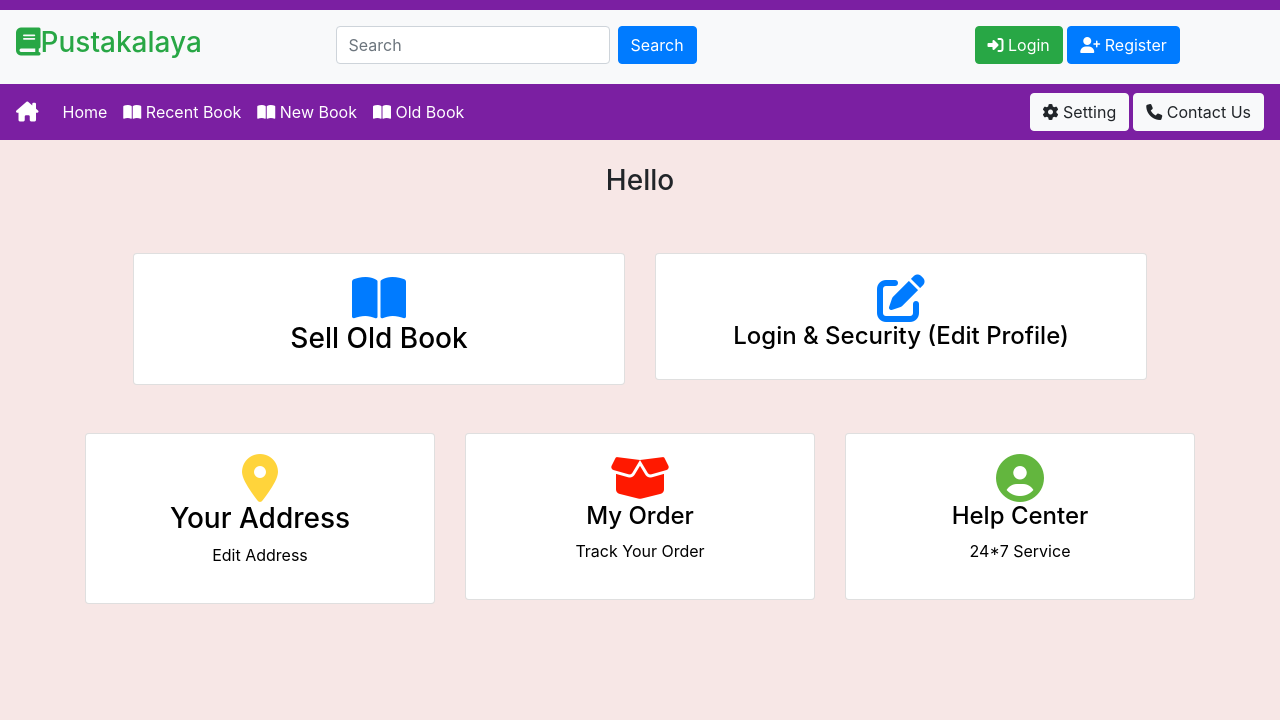
Repository: kalaprabhakar/Pustakalay_Web_Application
Page: http://localhost/E_Book_Management/setting.jsp
These files come from the project's save history. The page is drawn as it stood at one moment and after the next save; the edit follows.
The browser window is 1280 px wide. The pictures show the whole page.
Some web libraries are served in a nearby version. The page is served by Tomcat 10. Other server files are loaded and not shown.

Above is the page before, as saved 2024-02-28 14:00:52.

### E_Book_Management/src/main/webapp/setting.jsp
<%@ page language="java" contentType="text/html; charset=ISO-8859-1"
	pageEncoding="ISO-8859-1"%>
<!DOCTYPE html>
<html>
<head>
<meta charset="ISO-8859-1">
<title>Setting Page</title>
<%@ include file="all_component/allcss.jsp"%>

<style type="text/css">
a{

  text-decoration: none;
  color: black;

}

a:hover {
	text-decoration: none;
}

</style>
</head>
<body style="background-color: #f7e7e6">
	<%@ include file="all_component/navbar.jsp"%>
	<div class="container py-4 text-center">
		<h3>Hello ${userobj.name }</h3>
		<div class="row p-5">

			<div class="col-md-6">

				<a href="#">
					<div class="card">
						<div class="card-body text-center">
							<div class="text-primary"><i class="fa-solid fa-book-open fa-3x"></i></div>
							<h3>Sell Old Book</h3>
						</div>
					</div>

				</a>


			</div>

			<div class="col-md-6">

				<a href="#">
					<div class="card">
						<div class="card-body text-center">
							<div class="text-primary"><i class="fa-solid fa-pen-to-square fa-3x"></i></div>
							<h4>Login & Security (Edit Profile)</h4>
						</div>
					</div>

				</a>


			</div>

		</div>

		<div class="row">

			<div class="col-md-4">

				<a href="#">
					<div class="card">
						<div class="card-body text-center">
							<div class="text-primary"><i class="fa-solid fa-location-dot fa-3x" style="color: #FFD43B;"></i></div>
							<h3>Your Address</h3>
							<p>Edit Address</p>
						</div>
					</div>

				</a>


			</div>

			<div class="col-md-4">

				<a href="#">
					<div class="card">
						<div class="card-body text-center">
							<div class="text-primary"><i class="fa-solid fa-box-open fa-3x" style="color: #ff1900;"></i></div>
							<h4>My Order</h4>
							<p>Track Your Order</p>
						</div>
					</div>

				</a>


			</div>
			<div class="col-md-4">

				<a href="#">
					<div class="card">
						<div class="card-body text-center">
							<div class="text-primary"><i class="fas fa-user-circle fa-3x" style="color: #63B63E;"></i></div>
							<h4>Help Center</h4>
							<p>24*7 Service</p>
						</div>
					</div>

				</a>


			</div>

		</div>

	</div>


</body>
</html>

### E_Book_Management/src/main/webapp/all_component/allcss.jsp
<link rel="stylesheet"
	href="https://cdn.jsdelivr.net/npm/bootstrap@4.0.0/dist/css/bootstrap.min.css"
	integrity="sha384-Gn5384xqQ1aoWXA+058RXPxPg6fy4IWvTNh0E263XmFcJlSAwiGgFAW/dAiS6JXm"
	crossorigin="anonymous">

<script src="https://code.jquery.com/jquery-3.2.1.slim.min.js"
	integrity="sha384-KJ3o2DKtIkvYIK3UENzmM7KCkRr/rE9/Qpg6aAZGJwFDMVNA/GpGFF93hXpG5KkN"
	crossorigin="anonymous"></script>
<script
	src="https://cdn.jsdelivr.net/npm/popper.js@1.12.9/dist/umd/popper.min.js"
	integrity="sha384-ApNbgh9B+Y1QKtv3Rn7W3mgPxhU9K/ScQsAP7hUibX39j7fakFPskvXusvfa0b4Q"
	crossorigin="anonymous"></script>
<script
	src="https://cdn.jsdelivr.net/npm/bootstrap@4.0.0/dist/js/bootstrap.min.js"
	integrity="sha384-JZR6Spejh4U02d8jOt6vLEHfe/JQGiRRSQQxSfFWpi1MquVdAyjUar5+76PVCmYl"
	crossorigin="anonymous"></script>
<link rel="stylesheet"
	href="https://cdnjs.cloudflare.com/ajax/libs/font-awesome/6.5.1/css/all.min.css"
	integrity="sha512-DTOQO9RWCH3ppGqcWaEA1BIZOC6xxalwEsw9c2QQeAIftl+Vegovlnee1c9QX4TctnWMn13TZye+giMm8e2LwA=="
	crossorigin="anonymous" referrerpolicy="no-referrer" />

	<link  rel="stylesheet" href="all_component/style.css"/>

### E_Book_Management/src/main/webapp/all_component/navbar.jsp
<%@ taglib prefix="c" uri="http://java.sun.com/jsp/jstl/core"%>
<%@ page isELIgnored="false" %>

<div class="container-fluid" style="height : 10px ; background-color:  #7B1FA2 "></div>

<div class="container-fluid p-3 bg-light">
 <div class="row">
     <div class="col-md-3 text-success">
        <h3 > <i class="fa-solid fa-book"></i>Pustakalaya</h3>
     </div>
    <div class="col-md-6">
       <form class="form-inline my-2 my-lg-0">
      <input class="form-control mr-sm-2" type="search" placeholder="Search" aria-label="Search">
      <button class="btn btn-primary my-2 my-sm-0" type="submit">Search</button>
    </form>

    </div>
    <c:if test="${not empty userobj }">
    <div class="col-md-3">

    <a href="checkout.jsp" class="btn btn-ligh"><i class="fa-solid fa-cart-shopping  "></i></a>

      <a href="" class="btn btn-success"><i class="fa-solid fa-user-plus"></i>${userobj.name }</a>
      <a href="logout" class="btn btn-primary"><i class="fa-solid fa-right-to-bracket"></i> Logout</a>

    </div>

    </c:if>

    <c:if test="${ empty userobj }">
    <div class="col-md-3">
      <a href="login.jsp" class="btn btn-success"><i class="fa-solid fa-right-to-bracket"></i> Login</a>
      <a href="register.jsp" class="btn btn-primary"><i class="fa-solid fa-user-plus"></i> Register</a>

    </div>

    </c:if>

 </div>


</div>

<nav class="navbar navbar-expand-lg navbar-dark bg-custom">
  <a class="navbar-brand" href="#"><i class="fa-solid fa-house-chimney"></i></a>
  <button class="navbar-toggler" type="button" data-toggle="collapse" data-target="#navbarSupportedContent" aria-controls="navbarSupportedContent" aria-expanded="false" aria-label="Toggle navigation">
    <span class="navbar-toggler-icon"></span>
  </button>

  <div class="collapse navbar-collapse" id="navbarSupportedContent">
    <ul class="navbar-nav mr-auto">
      <li class="nav-item active">
        <a class="nav-link" href="index.jsp">Home <span class="sr-only">(current)</span></a>
      </li>
      <li class="nav-item active">
        <a class="nav-link" href="all_recent_book.jsp"> <i class="fa-solid fa-book-open"></i> Recent Book</a>
      </li>
      <li class="nav-item active">
        <a class="nav-link" href="all_new_book.jsp"> <i class="fa-solid fa-book-open"></i> New Book</a>
      </li>

      </li>
      <li class="nav-item active">
        <a class="nav-link disabled" href="all_old_book.jsp"> <i class="fa-solid fa-book-open"></i> Old Book</a>
      </li>
    </ul>
    <form class="form-inline my-2 my-lg-0">
      <a href="setting.jsp" class="btn btn-light my-2 my-sm-0" type="submit"><i class="fa-solid fa-gear"></i> Setting</a>
      <button class="btn btn-light my-2 my-sm-0 ml-1" type="submit"><i class="fa-solid fa-phone"></i> Contact Us</button>
    </form>
  </div>
</nav>

### E_Book_Management/src/main/webapp/all_component/style.css
.bg-custom {
	background-color : #7B1FA2 ;
}

.navbar .nav-item:hover .nav-link{

	background-color: white;
	color : black;
	border-radius : 20px ;
}

### E_Book_Management/src/main/webapp/all_component/footer.jsp
<div class="container-fluied text-center text-light p-3 mt-2" style="background-color: #7B1FA2 ">
  <h5>@Copyright</h5>
</div>

After the next save:
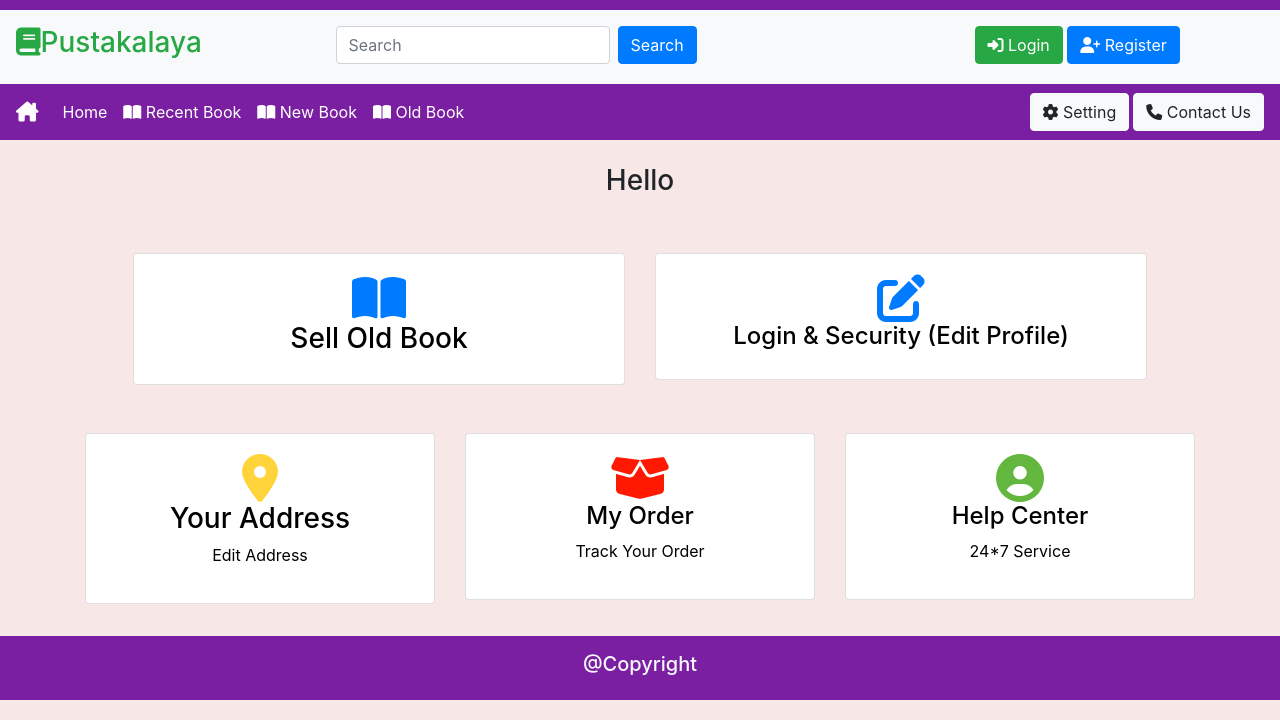
Saved 73 s later.
--- a/E_Book_Management/src/main/webapp/setting.jsp
+++ b/E_Book_Management/src/main/webapp/setting.jsp
@@ -112,6 +112,6 @@ a:hover {
 
 	</div>
 
-
+<%@ include file="all_component/footer.jsp"%>
 </body>
 </html>
